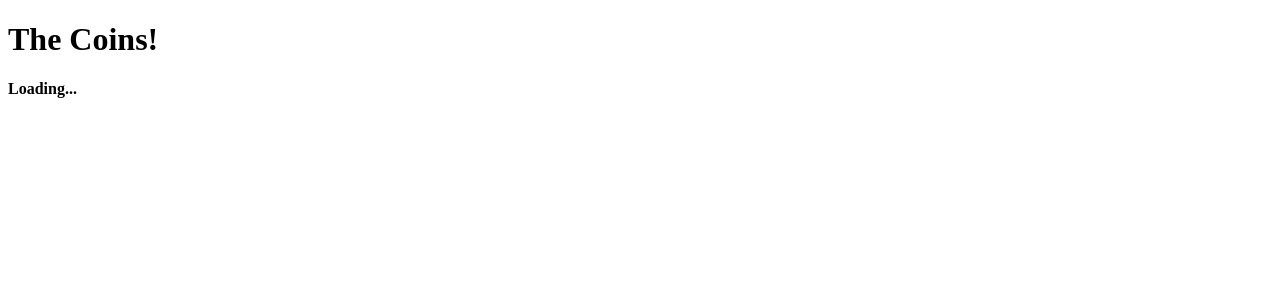
Repository: Leeminsu67/simple-coin-tracker
Page: /
The author's editor kept a copy of each file at every save. The page is drawn from the files as they stood at one save, then again after a run of saves.
The browser window is 1280 px wide. The pictures show the whole page.
The page's requests for data from a server got no answer. The project was rebuilt for these pictures with package versions that can differ from the ones it lists, and the page was loaded fresh each time. No one was signed in, and anything a server would have sent is missing.

Above is the page before, as saved 2024-08-03 21:28:45.

After the next 2 saves:
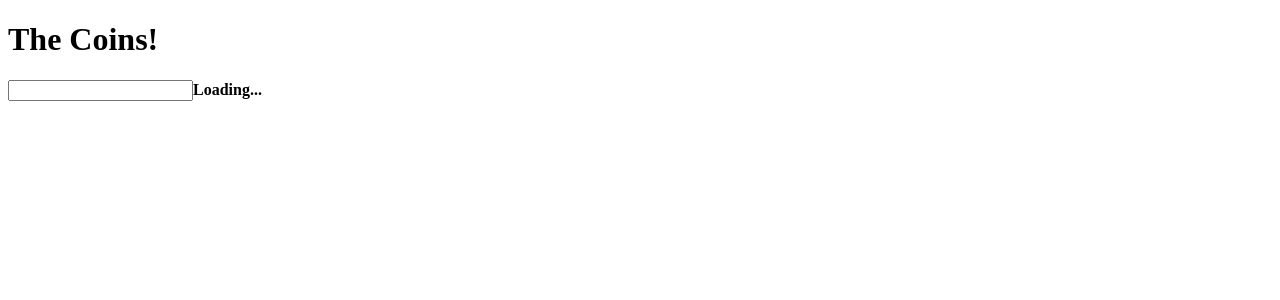
The 2 saves are shown as one change because 1 did not build or start.
The last was saved 64 s later.
--- a/src/App.js
+++ b/src/App.js
@@ -3,6 +3,7 @@
 function App() {
   const [loading, setLoading] = useState(true);
   const [coins, setCoins] = useState([]);
+  const [myMoney, setMyMoney] = useState("");
 
   useEffect(() => {
     fetch(`https://api.coinpaprika.com/v1/tickers`)
@@ -15,6 +16,7 @@
   return (
     <div>
       <h1>The Coins! {loading ? "" : `(${coins.length})`}</h1>
+      <input type="text" value={myMoney} />
       {loading ? (
         <strong>Loading...</strong>
       ) : (

After the save that followed:
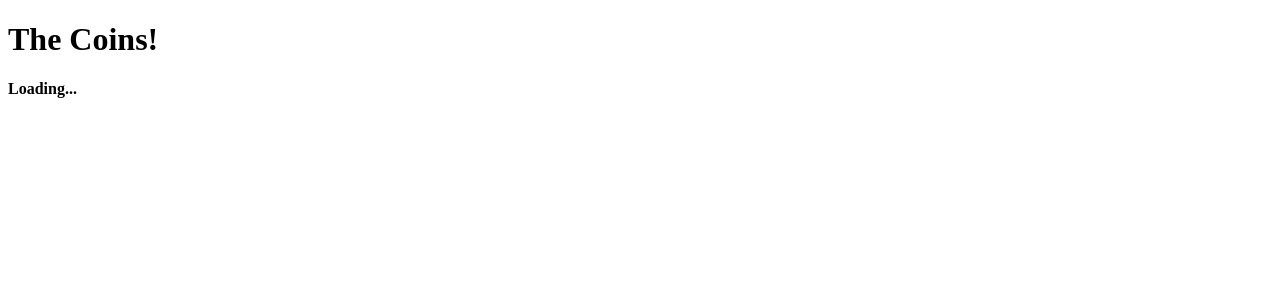
Saved 25 s later.
--- a/src/App.js
+++ b/src/App.js
@@ -16,7 +16,7 @@
   return (
     <div>
       <h1>The Coins! {loading ? "" : `(${coins.length})`}</h1>
-      <input type="text" value={myMoney} />
+      {loading ? null : <input type="text" value={myMoney} />}
       {loading ? (
         <strong>Loading...</strong>
       ) : (
